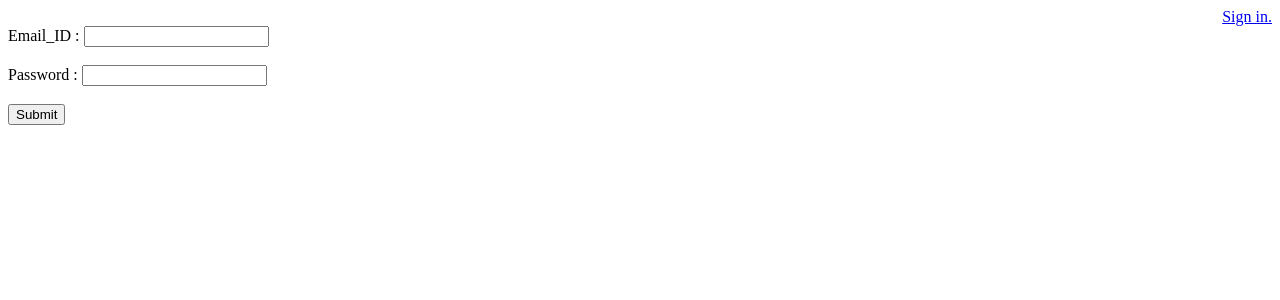
Repository: sunil965/JDBC-Servlet-JSP
Page: http://localhost/JspRegistrationTask/loginJspCall
An editor plug-in stored every save of this project. The page is shown before and after the next save, followed by the edit.
The browser window is 1280 px wide. The pictures show the whole page.
The page is served by Tomcat 9.

Above is the page before, as saved 2017-05-02 11:29:14.

After the next save:
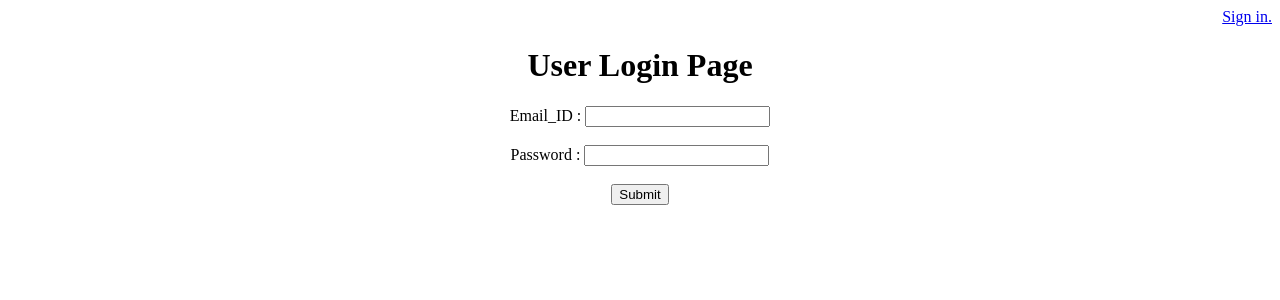
Saved 48 s later.
--- a/JspRegistrationTask/WebContent/userlogin.jsp
+++ b/JspRegistrationTask/WebContent/userlogin.jsp
@@ -10,10 +10,13 @@
 <div align="right">
 <a href="userlogin.jsp">Sign in.</a>
 </div>
+<div align="center">
+<h1>User Login Page</h1>
  <form action="userlogin" method="post">
  	Email_ID : <input type="text" name="mail"><br><br>
  	Password : <input type="password" name="pwd"><br><br>
  	<input type="submit">
  </form>
+ </div>
 </body>
 </html>
